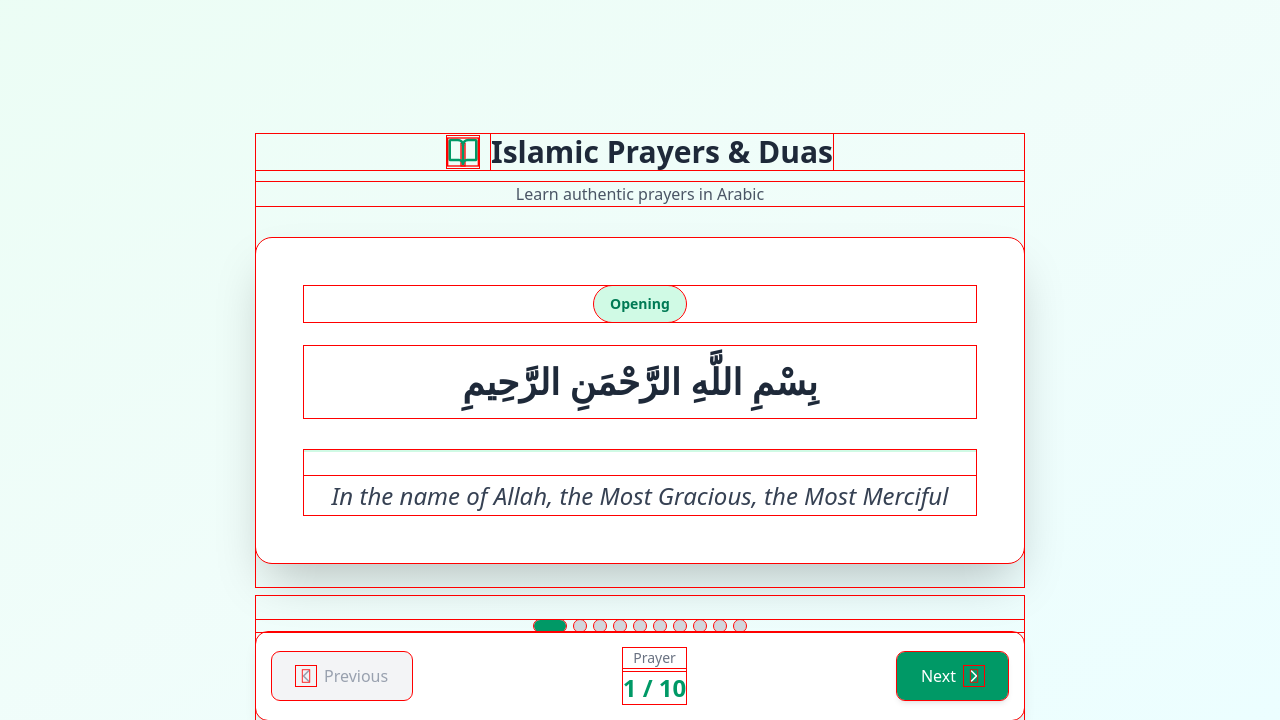
Repository: AbdulquddusMuhammad/prayerApp2.0
Page: /
The author's editor kept a copy of each file at every save. The page is drawn from the files as they stood at one save, then again after the next save.
The browser window is 1280 px wide. The pictures show the whole page.
The project was rebuilt for these pictures with package versions that can differ from the ones it lists, and the page was loaded fresh each time. Also part of the build but not shown: vite.config.js.

Above is the page before, as saved 2026-01-18 09:07:26.

After the next save:
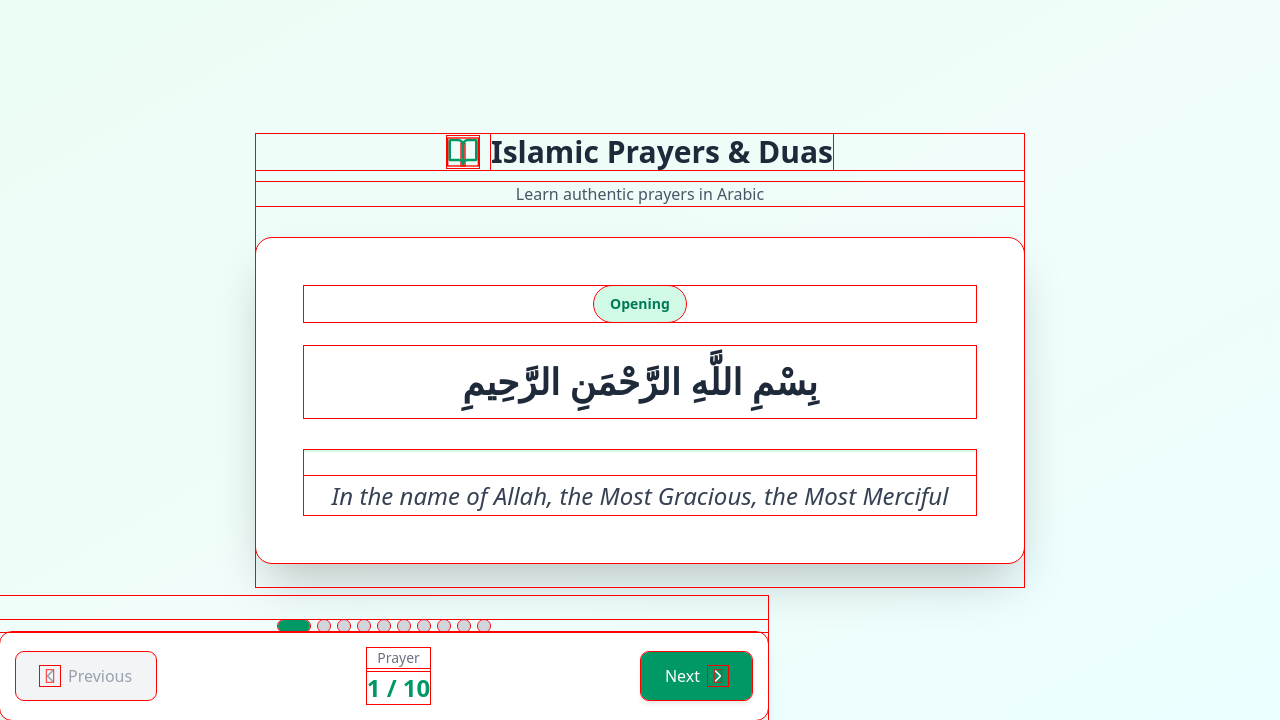
Saved 101 s later.
--- a/src/App.jsx
+++ b/src/App.jsx
@@ -110,7 +110,7 @@ const App = () => {
         </div>
 
         {/* Navigation Controls */}
-        <div className="_navigation_ fixed bottom-0 max-w-3xl w-full">
+        <div className="_navigation_ fixed bottom-0 left-0 max-w-3xl w-full">
           {/* Progress Dots */}
           <div className="flex justify-center gap-2 mt-6">
             {prayersData.prayers.map((_, index) => (
